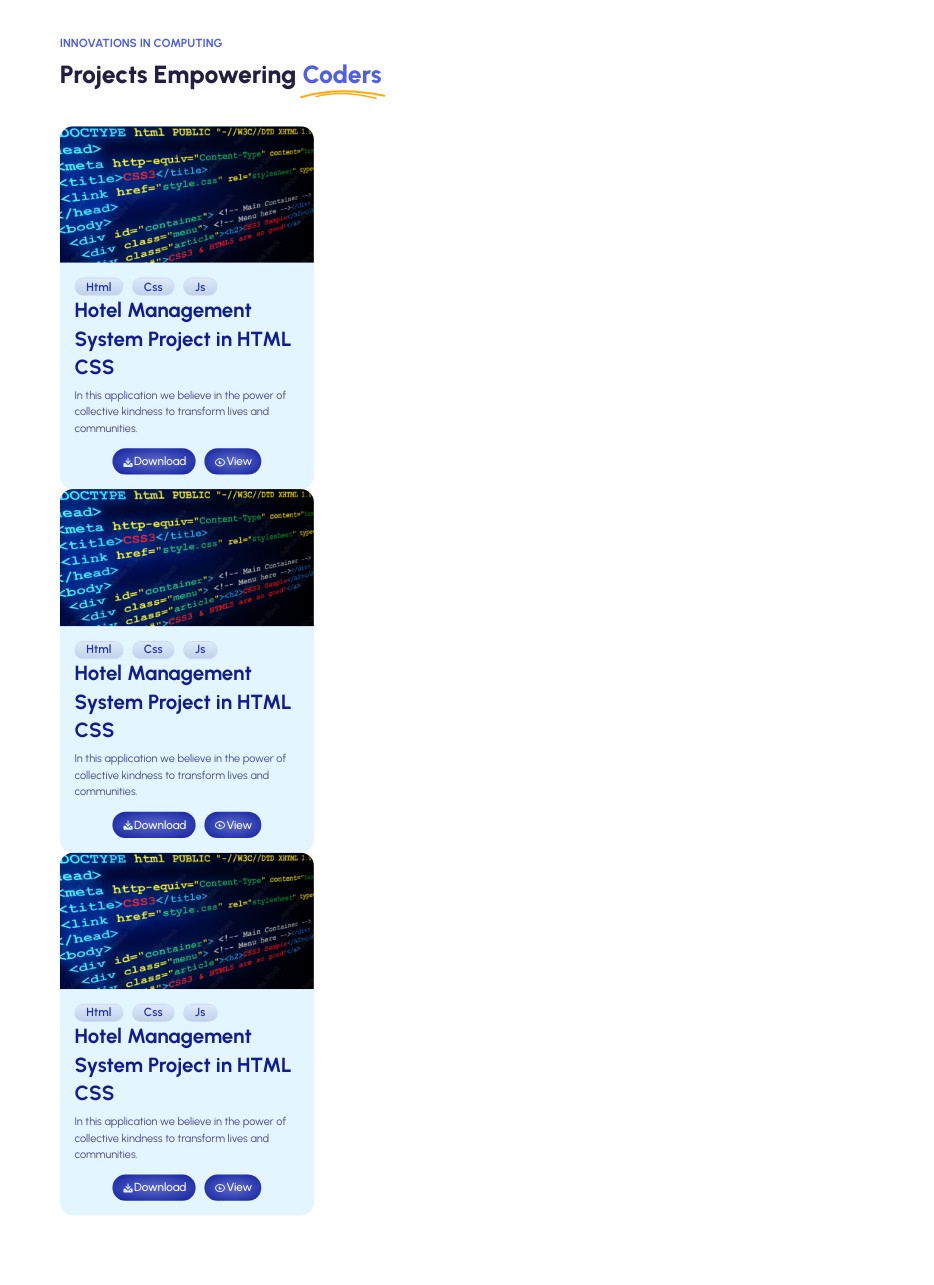
Repository: sharma171/jtccreativeideas
Page: /newsection (app in nextjssite/)
These files come from the project's save history. The page is drawn as it stood at one moment and after the next save; the edit follows.
The browser window is 1280 px wide. The pictures show the whole page, at 73% of full size.
The project was rebuilt for these pictures with package versions that can differ from the ones it lists, and the page was loaded fresh each time. The framework's server and built-in components were replaced by stand-ins that run in the browser. Also part of the build but not shown: nextjssite/next.config.mjs.

Above is the page before, as saved 2024-03-28 14:34:14.

### nextjssite/src/app/layout.js
// import { Inter } from "next/font/google";
// import "./globals.css";
import 'bootstrap/dist/css/bootstrap.min.css';

// const inter = Inter({ subsets: ["latin"] });

export const metadata = {
  title: "Create Next App",
  description: "Generated by create next app",
};

 const RootLayout = ({ children }) => {
  return (
    <html lang="en">
      <body>
        {/* Layout UI */}
        <main>{children}</main>
      </body>
    </html>
  )
}
export default RootLayout;

### nextjssite/src/app/newsection/page.jsx
import React from 'react'
import "./page.css"
import Headicon from "./after-head-icon.svg"
import Image from 'next/image'
import Link from 'next/link'
import Projimg1 from './images/projsection1.png'
import Projimg2 from './images/projsection2.png'
import Projimg3 from './images/projsection3.png'
import Downloadicon from './images/Download-icon.svg'
import Viewicon from './images/view-icon.svg'
const Page = () => {
    return(
        <>
        <section className="projects">
            <div className="container">
                <div className="col-flex main-head">
                    <h5 className="small-head">Innovations in Computing</h5>
                    <h3 className="bghead">Projects Empowering <span>Coders
                        <Image src={Headicon}></Image></span></h3>
                </div>
                <ul className="project-cards">
                    <li>

                        <div className="card-inner">
                            <Image src={Projimg1} alt="project" className="thumb"></Image>
                            <div className="info">
                                <div className="tech-info">
                                    <span>Html</span>
                                    <span>Css</span>
                                    <span>Js</span>
                                </div>
                                <Link href="/newsection" className="text-link">
                                    <h3 className="heading">
                                        Hotel Management System Project in HTML CSS
                                    </h3>
                                </Link>
                                <p className="cardpara">
                                    In this application we believe in the power of collective kindness to transform lives and communities.
                                </p>
                                <div className="card-button">
                                    <a href="" className="bot-button">
                                        <Image src={Downloadicon} alt='icon'></Image>
                                        Download
                                    </a>
                                    <a href="" className="bot-button">
                                        <Image src={Viewicon} alt='icon'></Image>
                                        View
                                    </a>
                                </div>
                            </div>
                        </div>
                    </li>
                    <li>

                            <div className="card-inner">
                                <Image src={Projimg1} alt="project" className="thumb"></Image>
                                <div className="info">
                                    <div className="tech-info">
                                        <span>Html</span>
                                        <span>Css</span>
                                        <span>Js</span>
                                    </div>
                                    <Link href="/newsection" className="text-link">
                                        <h3 className="heading">
                                            Hotel Management System Project in HTML CSS
                                        </h3>
                                    </Link>
                                    <p className="cardpara">
                                        In this application we believe in the power of collective kindness to transform lives and communities.
                                    </p>
                                    <div className="card-button">
                                        <a href="" className="bot-button">
                                            <Image src={Downloadicon} alt='icon'></Image>
                                            Download
                                        </a>
                                        <a href="" className="bot-button">
                                            <Image src={Viewicon} alt='icon'></Image>
                                            View
                                        </a>
                                    </div>
                                </div>
                            </div>
                    </li>
                    <li>

                            <div className="card-inner">
                                <Image src={Projimg1} alt="project" className="thumb"></Image>
                                <div className="info">
                                    <div className="tech-info">
                                        <span>Html</span>
                                        <span>Css</span>
                                        <span>Js</span>
                                    </div>
                                    <Link href="/newsection" className="text-link">
                                        <h3 className="heading">
                                            Hotel Management System Project in HTML CSS
                                        </h3>
                                    </Link>
                                    <p className="cardpara">
                                        In this application we believe in the power of collective kindness to transform lives and communities.
                                    </p>
                                    <div className="card-button">
                                        <a href="" className="bot-button">
                                            <Image src={Downloadicon} alt='icon'></Image>
                                            Download
                                        </a>
                                        <a href="" className="bot-button">
                                            <Image src={Viewicon} alt='icon'></Image>
                                            View
                                        </a>
                                    </div>
                                </div>
                            </div>
                    </li>
                </ul>
            </div>
        </section>
        </>
    )
}
export default Page;

### nextjssite/src/app/newsection/page.css
@import url('https://fonts.googleapis.com/css2?family=Urbanist:ital,wght@0,100..900;1,100..900&display=swap');
* {
    font-family: 'Urbanist', sans-serif;
    font-optical-sizing: auto;
}

section.projects {
    padding: 50px 0;
}
.main-head .small-head {
    color: #525fe1;
    font-size: 16px;
    font-weight: 700;
    text-transform: uppercase;
}
.main-head .bghead {
    color: #231f40;
    font-size: 34px;
    line-height: 1.5em;
    font-weight: 800;
}
.main-head .bghead span {
    color: #525fe1;
    position: relative;
}
.main-head .bghead span img {
    position: absolute;
    top: 100%;
    left: -5.9999999999999964px;
    width: 122.29999999999994px;
    height: 12.600000000000012px;
}
.project-cards {
    padding: 0;
    margin: 45px 0;
    list-style: none;
}
.project-cards li {
    width: calc(33.33333333333333% - 24px);
    border-radius: 18px;
    background: #E3F5FF;
}
.project-cards li .card-inner {
    display: flex;
    flex-direction: column;
    width: 100%;
    border-top-left-radius: 18px;
    border-top-right-radius: 18px;
}
.project-cards li .card-inner .thumb {
    width: 100%;
    max-width: 100%;
    height: auto;
    object-fit: cover;
    border-top-left-radius: 18px;
    border-top-right-radius: 18px;
}
.project-cards li .card-inner .info {
    padding: 20px 20px;
    display: flex;
    flex-direction: column;
}

.project-cards li .card-inner .info .tech-info {
    display: flex;
    flex-direction: row;
    align-items: center;
    gap: 12px;
}
.project-cards li .card-inner .info .tech-info span {
    height: 25px;
    font-size: 16px;
    color: #222FB0;
    padding: 0 15px;
    font-weight: 600;
    letter-spacing: 0.3px;
    line-height: 16px;
    background: linear-gradient(181deg, #d2d7f152, #C0D0E7);
    align-content: center;
    border-radius: 19px;
    border: 1px solid #ccd3fbc2;
}
.project-cards li .card-inner .info .text-link {
    text-decoration: none;
}
.project-cards li .card-inner .info .heading {
    font-style: 24px;
    line-height: 1.4em;
    font-weight: 700;
    color: #111D8F;
}
.project-cards li .card-inner .info .cardpara {
    font-size: 15px;
    line-height: 1.5em;
    font-weight: 400;
    color: #444487;
}
.project-cards li .card-inner .info .card-button {
    display: flex;
    flex-direction: row;
    align-items: center;
    justify-content: center;
    gap: 12px;
}
.project-cards li .card-inner .info .card-button .bot-button {
    background: radial-gradient(#5C6AC8, #121F9F);
    padding: 6px 13px;
    font-size: 16px;
    line-height: 1.5em;
    align-content: center;
    border-radius: 20px;
    text-decoration: none;
    color: #fff;
    font-weight: 500;
}

After the next save:
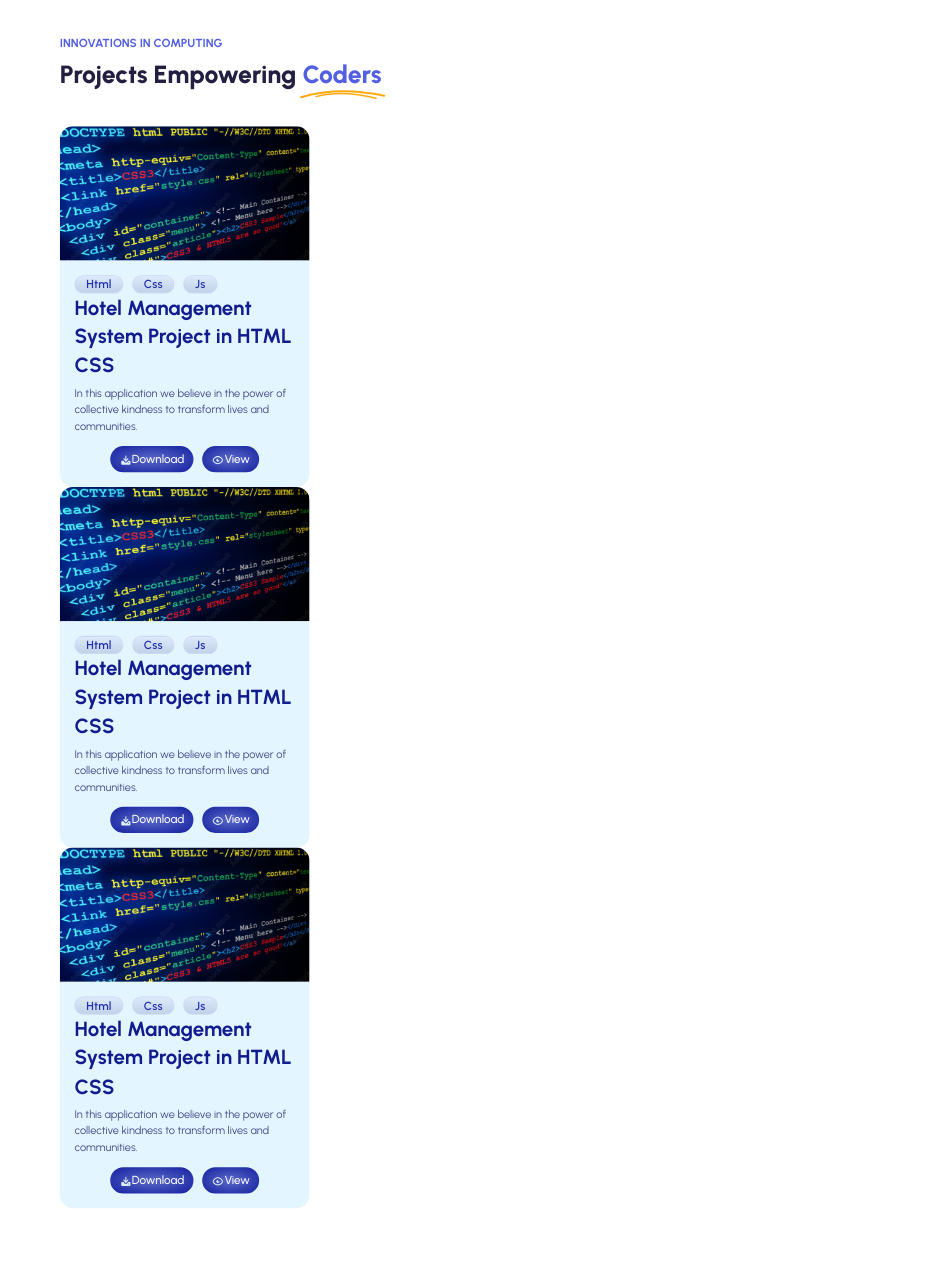
Saved 4 min 22 s later.
--- a/nextjssite/src/app/newsection/page.css
+++ b/nextjssite/src/app/newsection/page.css
@@ -36,7 +36,7 @@ section.projects {
     list-style: none;
 }
 .project-cards li {
-    width: calc(33.33333333333333% - 24px);
+    width: calc(33.33333333333333% - 30px);
     border-radius: 18px;
     background: #E3F5FF;
 }
